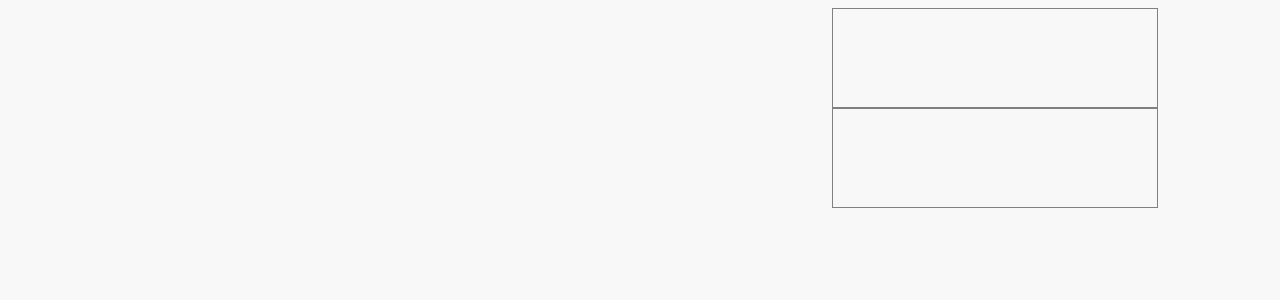
Repository: Armstrong2035/hng-project-two
Page: /cart (app in timbu-store/)
An editor plug-in stored every save of this project. The page is shown before and after the next save, followed by the edit.
The browser window is 1280 px wide. The pictures show the whole page.
The project was rebuilt for these pictures with package versions that can differ from the ones it lists, and the page was loaded fresh each time. The framework's server and built-in components were replaced by stand-ins that run in the browser. Also part of the build but not shown: timbu-store/next.config.mjs.

Above is the page before, as saved 2024-07-08 23:22:12.

### timbu-store/src/app/layout.js
export default function RootLayout({ children }) {
  return (
    <html lang="en">
      <body style={{ backgroundColor: "#F8F8F8" }}>{children}</body>
    </html>
  );
}

### timbu-store/src/app/cart/page.js
"use client";
import React from "react";
import CartPage from "../../../components/checkout/cart/CartPage";

export default function Page() {
  return (
    <>
      <CartPage />
    </>
  );
}

### timbu-store/components/checkout/cart/CartPage.js
"use client";
import useStore from "@/store/store";
import Image from "next/image";
import doorDelivery from "../../../public/icons/door-delivery.svg";
import stationPickup from "../../../public/icons/station-pickup.svg";
import {
  Typography,
  Box,
  Stack,
  Grid,
  Button,
  Card,
  CardContent,
  Container,
  AppBar,
} from "@mui/material";
import React, { useState } from "react";
import Cart from "./Cart";
export default function CartPage() {
  return (
    <>
      <Container>
        <Grid container>
          <Grid item className={"item"} xl={10} lg={8} md={6} sm={12} xs={12}>
            <Cart />
          </Grid>
          <Grid item xl={4} lg={4} md={6} sm={12} xs={12}>
            <Stack>
              <Box
                sx={{
                  border: "1px solid grey",
                  height: "98px",
                  width: "324px",
                }}
              >
                <Image />
              </Box>

              <Box
                sx={{
                  border: "1px solid grey",
                  height: "98px",
                  width: "324px",
                }}
              ></Box>
            </Stack>
          </Grid>
        </Grid>
      </Container>
    </>
  );
}

### timbu-store/src/store/store.js
import { create } from "zustand";
import { persist } from "zustand/middleware";

const useStore = create(
  persist(
    (set) => ({
      cart: [],
      addToCart: (item) => set((state) => ({ cart: [...state.cart, item] })),
    }),
    {
      name: "cart-storage",
    }
  )
);

export default useStore;

### timbu-store/components/checkout/cart/Cart.js
"use client";
import React, { useState } from "react";
import useStore from "@/store/store";
import {
  Box,
  Grid,
  Stack,
  Card,
  CardContent,
  Typography,
  Button,
} from "@mui/material";
import Image from "next/image";

export default function Cart() {
  const [orderVolume, setOrderVolume] = useState(1);
  const cart = useStore((state) => state.cart);

  console.log(cart);
  return (
    <>
      <Stack spacing={10}>
        {cart.map((item) => (
          <Box
            key={item.id}
            className={"order summary"}
            style={{
              width: "100%",
              display: "flex",
              alignItems: "center",
              justifyContent: "space-between",
            }}
          >
            <Box sx={{ backgroundColor: "#F8F8F8" }}>
              <Stack direction={"row"} alignItems={"center"} spacing={2}>
                <Box
                  sx={{
                    display: "flex",
                    alignItems: "center",
                    justifyContent: "center",
                    backgroundColor: "#F1F0F0",
                    position: "relative",
                    "&:hover .add-to-cart": {
                      opacity: 1,
                    },

                    "&:hover": {
                      backgroundColor: "#E6DFDF",
                    },
                    width: "260px",
                    height: "290px",
                  }}
                  elevation={"none"}
                >
                  <div
                    style={{
                      width: "300",
                      height: "300",
                      position: "relative",
                      padding: "10px, 10px",
                    }}
                  >
                    <Image
                      src={item.imageUrl}
                      alt={item.productName}
                      layout="responsive"
                      width={500}
                      height={500}
                      objectFit="contain"
                    />
                  </div>
                </Box>
                <Box sx={{ padding: "16px" }}>
                  <Typography>{item.productName}</Typography>
                  <Box
                    sx={{
                      border: "1px solid #B2A6A6",
                      display: "flex",
                      flexDirection: "row",
                      alignItems: "center",
                      margin: "10px 0",
                    }}
                  >
                    <Button
                      sx={{ color: "#473838" }}
                      onClick={() =>
                        setOrderVolume(orderVolume > 1 ? orderVolume - 1 : 1)
                      }
                    >
                      -
                    </Button>
                    <Typography sx={{ padding: "0 10px" }}>
                      {orderVolume}
                    </Typography>
                    <Button
                      sx={{ color: "#473838" }}
                      onClick={() => setOrderVolume(orderVolume + 1)}
                    >
                      +
                    </Button>
                  </Box>

                  <Button sx={{ color: "#ED8174" }}>Remove</Button>
                </Box>
              </Stack>
            </Box>

            <Typography sx={{ margin: "auto 80px" }}>
              {item.discountPrice}
            </Typography>
          </Box>
        ))}
      </Stack>
    </>
  );
}

After the next save:
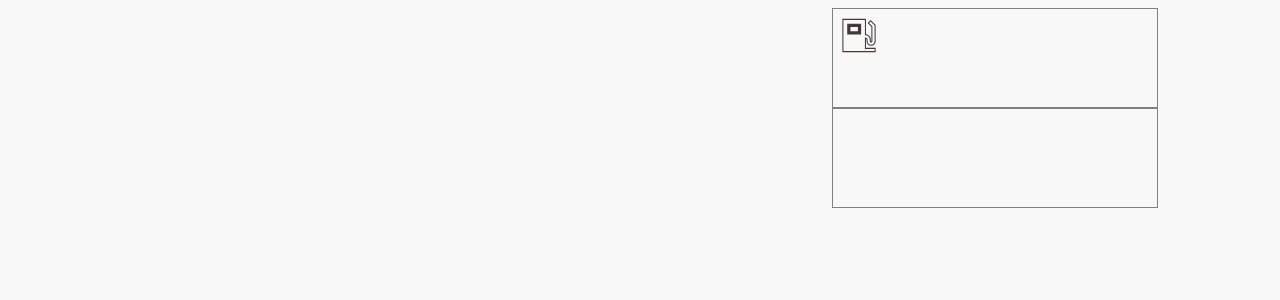
Saved 22 s later.
--- a/timbu-store/components/checkout/cart/CartPage.js
+++ b/timbu-store/components/checkout/cart/CartPage.js
@@ -33,7 +33,7 @@ export default function CartPage() {
                   width: "324px",
                 }}
               >
-                <Image />
+                <Image src={stationPickup} />
               </Box>
 
               <Box
